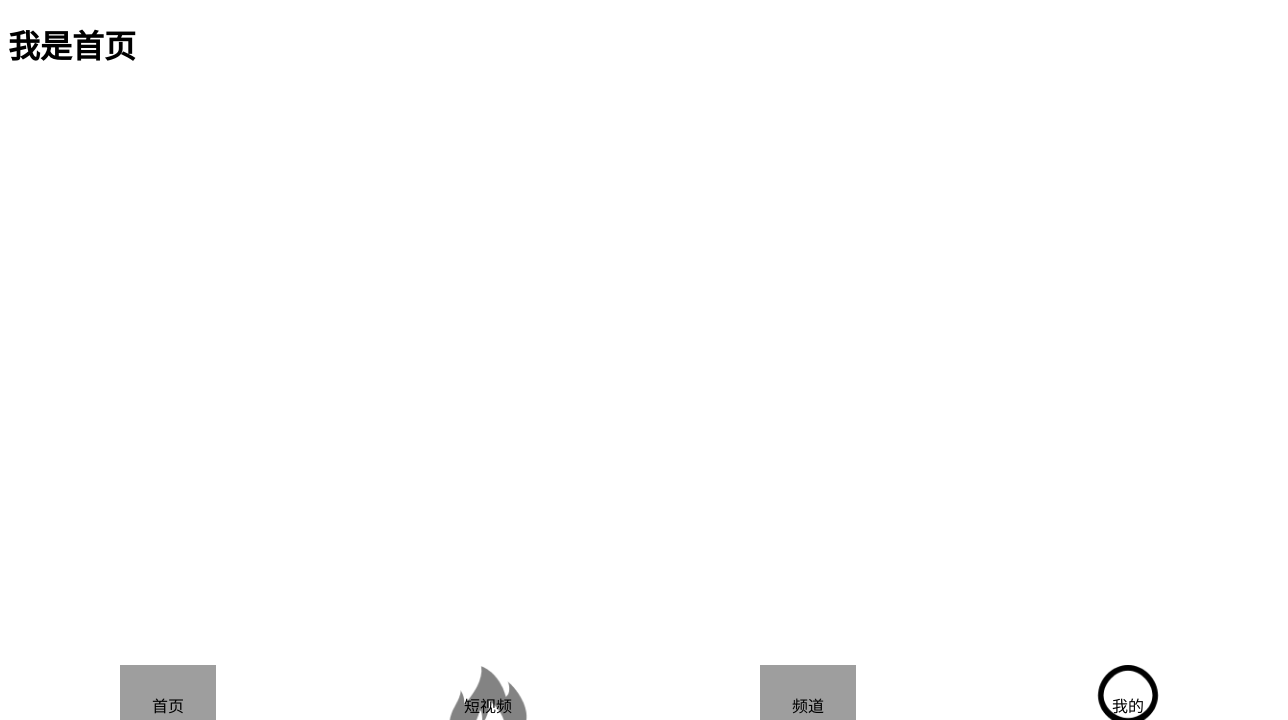
Repository: ITliuxiangyu/H51911Test
Page: video_demo/index.html
These files come from the project's save history. The page is drawn as it stood at one moment and after the next save; the edit follows.
The browser window is 1280 px wide. The page is 1288 px wide, so the pictures cover 1288 px, including what lies to the right of the window. The pictures show the whole page.
After loading, the first visible `div.tabbar_item` was clicked once.
Pictures or frames that could not be fetched are drawn as grey boxes.

Above is the page before, as saved 2019-12-20 10:22:26.

After the next save:
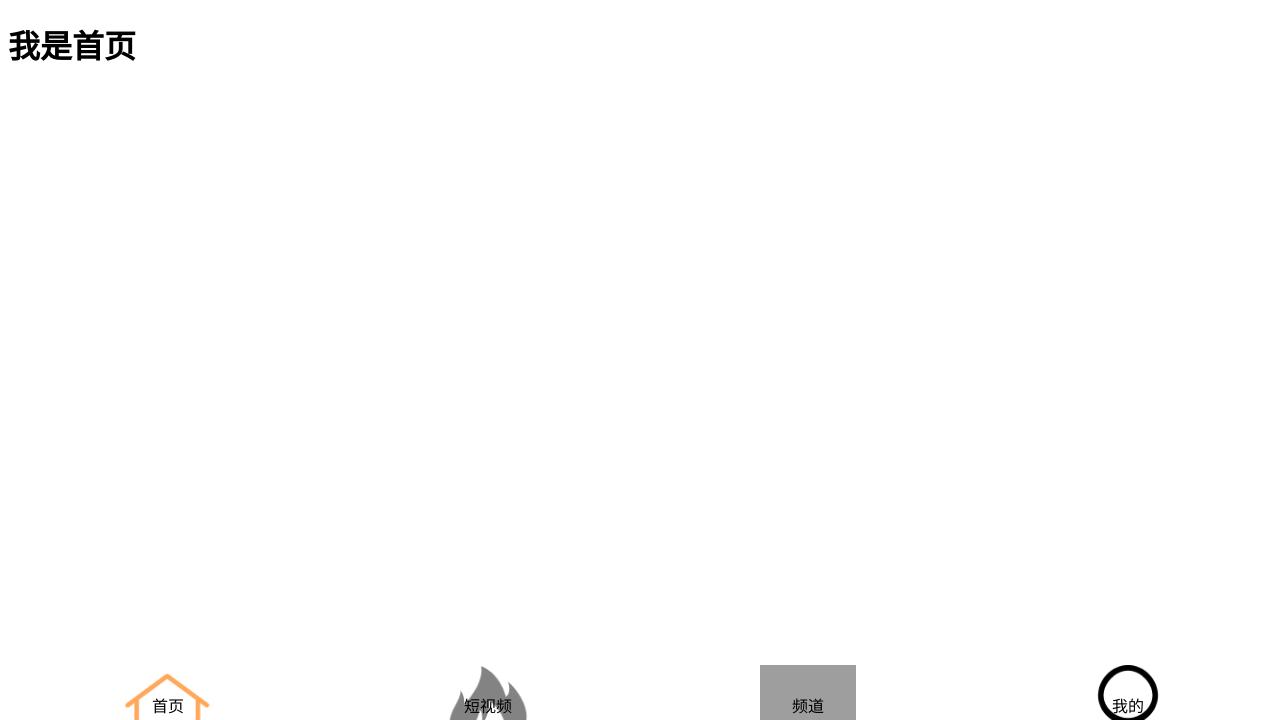
Console error: TypeError: cur_src.indexof is not a function
Saved 102 s later.
--- a/video_demo/js/index.js
+++ b/video_demo/js/index.js
@@ -22,7 +22,9 @@
     $(".tabbar_item").each(function (index , item)   {
         if (dian_index == index) {
             var cur_src = $(item).find("img").attr("src")
-            $(item).find("img").attr("src" ,cur_src.replace(".png" , "_a.png"))
+            if (cur_src.indexof("_a") == -1) {
+                $(item).find("img").attr("src" ,cur_src.replace(".png" , "_a.png"))
+            }
         } else {
             var cur_src = $(item).find("img").attr("src")
             $(item).find("img").attr("src" ,cur_src.replace("_a" , ""))
